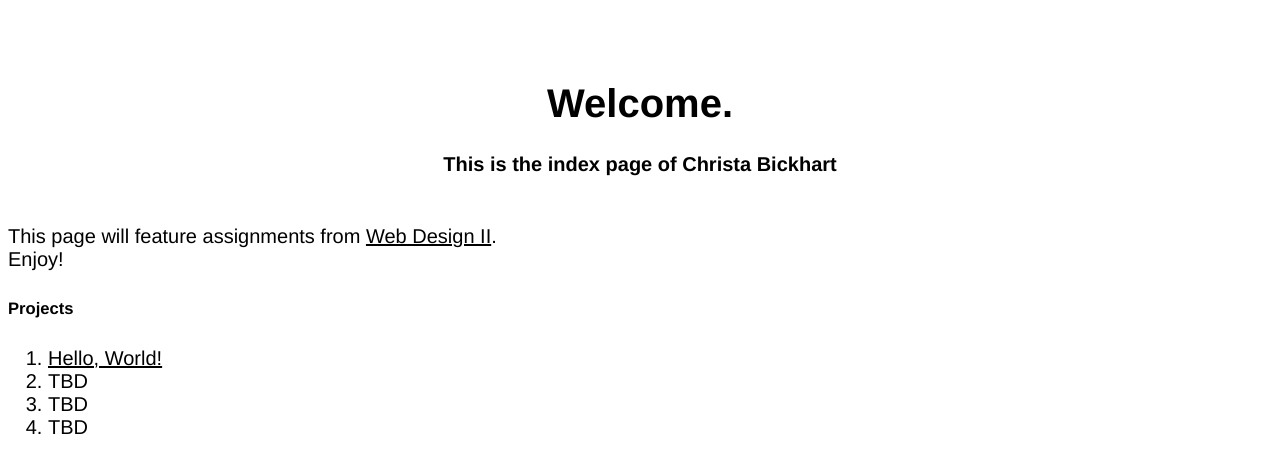
Repository: cbickhar/cbickhar.github.io
Page: index.html
The author's editor kept a record of every edit. The page is drawn from the files as they stood at one moment, then again after the next edit.
The browser window is 1280 px wide. The pictures show the whole page.

Above is the page before.

After the next edit:
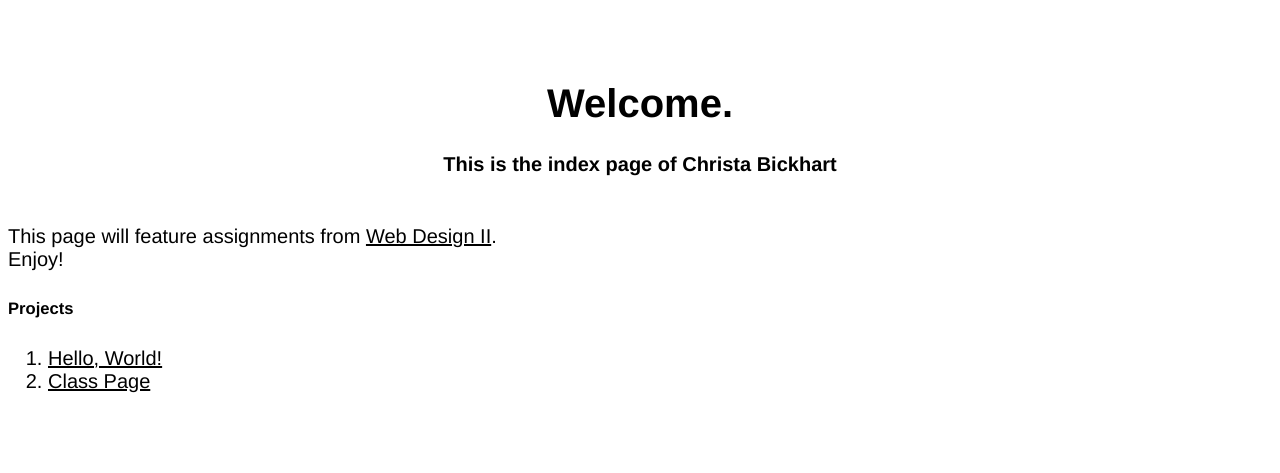
The edit:
--- a/index.html
+++ b/index.html
@@ -20,10 +20,8 @@
         <h5>Projects</h5>
 
 <ol type="1">
- <li> <a href="project_1.html">Hello, World!</a></li>
- <li>TBD</li>
- <li>TBD</li>
- <li>TBD</li>
+ <li> <a href="project_1/project_1.html">Hello, World!</a></li>
+ <li> <a href="project_1/project_2.html">Class Page</a></li>
 </ol>
 
     </body>
